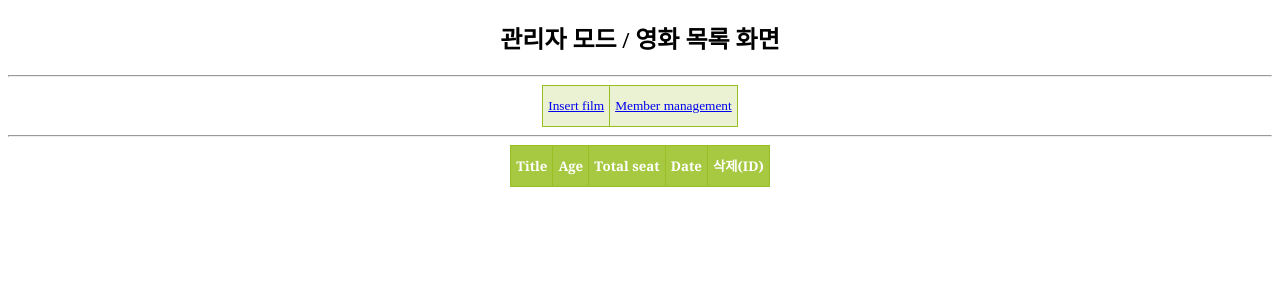
Repository: lmcoa15/Movie
Page: http://localhost/movie/admin/admin_mode.jsp
An editor plug-in stored every save of this project. The page is shown before and after the next save, followed by the edit.
The browser window is 1280 px wide. The pictures show the whole page.
The page is served by Tomcat 9. Other server files are loaded and not shown.

Above is the page before, as saved 2015-12-08 14:34:14.

### workspace/movie/WebContent/admin/admin_mode.jsp
<%@ page language="java" pageEncoding="UTF-8" contentType="text/html; charset=UTF-8"
 import="java.util.*,movie.admin.*"%>

<jsp:useBean id="datas" scope="request" class="java.util.ArrayList" />
<jsp:setProperty name="datas" property="*" />
<!DOCTYPE html PUBLIC "-//W3C//DTD HTML 4.01 Transitional//EN" "http://www.w3.org/TR/html4/loose.dtd">

<html>
<head>
<link rel="stylesheet" href="../css/movie_list_css.css" type="text/css" media="screen" />
<meta http-equiv="Content-Type" content="text/html; charset=UTF-8">
<title>관리자 모드 / 영화 목록 화면</title>
</head>
<body>

<div align="center">
<h2> 관리자 모드 / 영화 목록 화면 </h2>
<hr>
<form>
<table border="1">
<tr><td><a href="admin_Insert_film.jsp">Insert film</a> </td>
<td><a href="membership_control.jsp?action=list">Member management</a></td></tr>
</table>
</form>

<hr>
<form name=form1 method=post  action=film_control.jsp>

<table border="1">
	<tr><th>Title</th><th>Age</th>
	<th>Total seat</th><th>Date</th>
	<th>삭제(ID)</th>
	</tr>

	<%
		//String id
		for(film ab:(ArrayList<film>) datas){
	%>
	<tr>
	<td><%=ab.getName_film() %></td>
	<td><%=ab.getAge_phase() %></td>
	<td><%=ab.getSeat_num() %></td>
	<td><%=ab.getWatch_date() %></td>

	<input type=hidden name="action" value="delete">
 	<td><input type=Submit name="id_film" value="<%=ab.getId_film() %>"></td>

	</tr>
	<%
		}
	%>
</table>
</form>
</div>


</body>
</html>

### workspace/movie/WebContent/css/movie_list_css.css
@charset "utf-8";

table{
		width:auto;
		border-collapse:collapse;
		text-align:center;
}

td,th{
		font-size:10pt;
		border:1px solid #98bf21;
		height:30px;
		padding:5px;
}

th{
		background-color:#A7C942;
		color:#ffffff;
		font-family:Georgia;
}

tr td{
		color:#000000;
		background-color:#EAF2D3;
}
input {
		height:25px;
		width:200px;
}
img {
	width:70px;
	height:70px;
}
input [type="submit"],[type="reset"],[type="button"]{
	height:25px;
	width:80px;
}

After the next save:
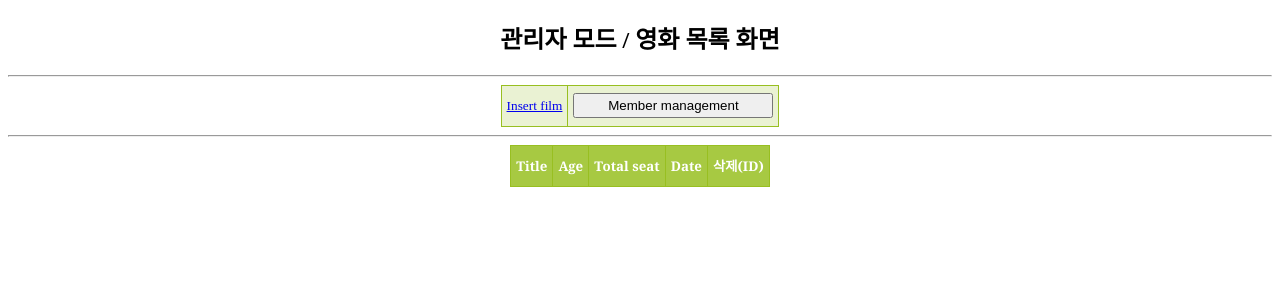
Saved 10 min 28 s later.
--- a/workspace/movie/WebContent/admin/admin_mode.jsp
+++ b/workspace/movie/WebContent/admin/admin_mode.jsp
@@ -16,10 +16,11 @@
 <div align="center">
 <h2> 관리자 모드 / 영화 목록 화면 </h2>
 <hr>
-<form>
+<form name=form0 metod=post action=membership_control.jsp>
+<input type="hidden" name="action" value="list">
 <table border="1">
 <tr><td><a href="admin_Insert_film.jsp">Insert film</a> </td>
-<td><a href="membership_control.jsp?action=list">Member management</a></td></tr>
+<td><input type="submit" name="member" value="Member management"</td></tr>
 </table>
 </form>
 
